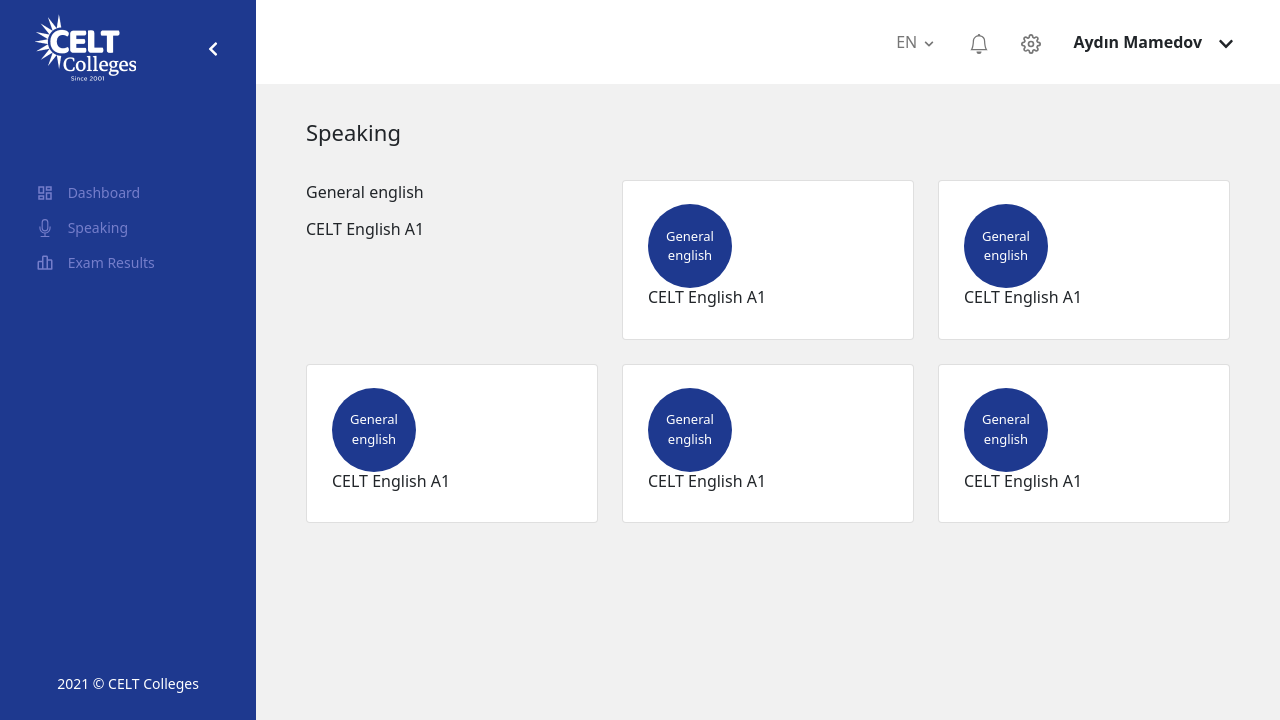
Repository: aydinws/celtapp
Page: /speaking
An editor plug-in stored every save of this project. The page is shown before and after the next save, followed by the edit.
The browser window is 1280 px wide. The pictures show the whole page.
The project was rebuilt for these pictures with package versions that can differ from the ones it lists, and the page was loaded fresh each time. Also part of the build but not shown: src/pages/Dashboard/index.js, src/pages/ExamResults/index.scss, src/components/Table/index.scss, src/components/Pagination/index.scss, src/components/Pagination/index.js, src/components/Table/index.js, src/pages/ExamResults/index.js.

Above is the page before, as saved 2021-06-09 22:05:16.

After the next save:
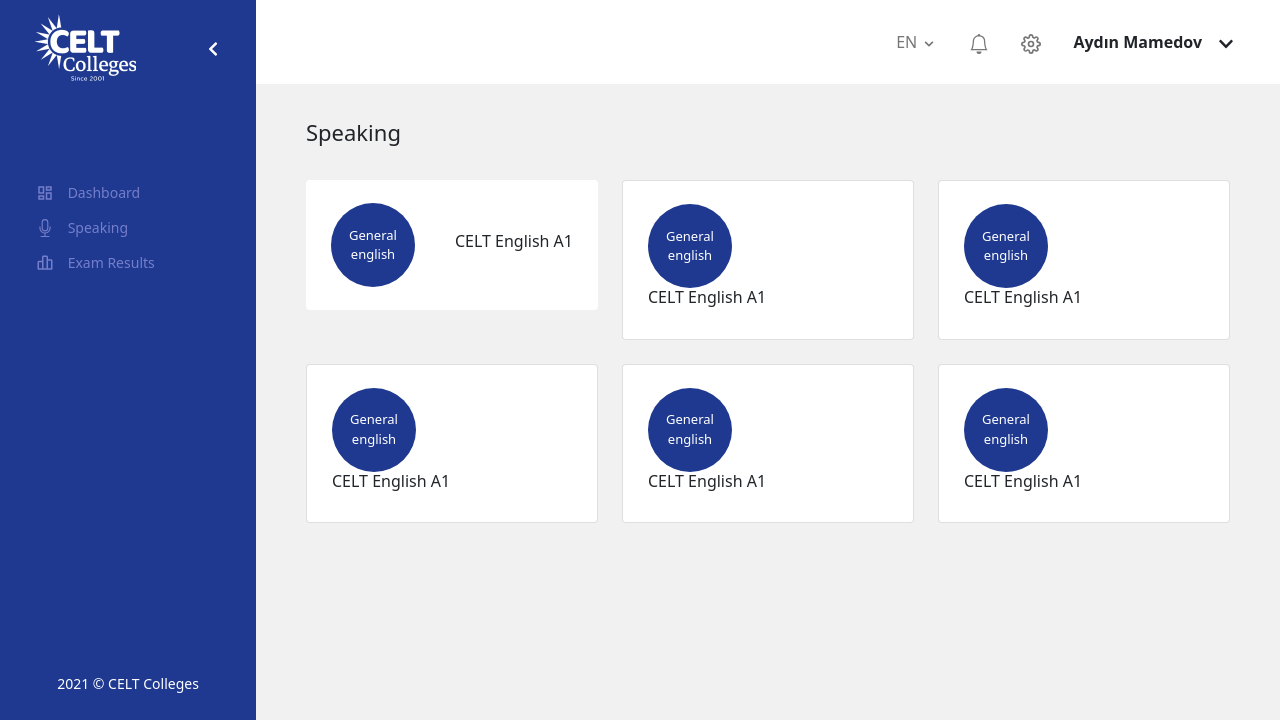
Saved 11 s later.
--- a/src/pages/Speakings/index.js
+++ b/src/pages/Speakings/index.js
@@ -26,7 +26,7 @@
                     <div className="content-body">
                         <div className="row">
                             <div className="col-12 col-md-6 col-lg-4 mb-4">
-                                <div className="card__speaking">
+                                <div className="card card--speaking">
                                     <div className="card-circle">
                                         <p>General english</p>
                                     </div>
